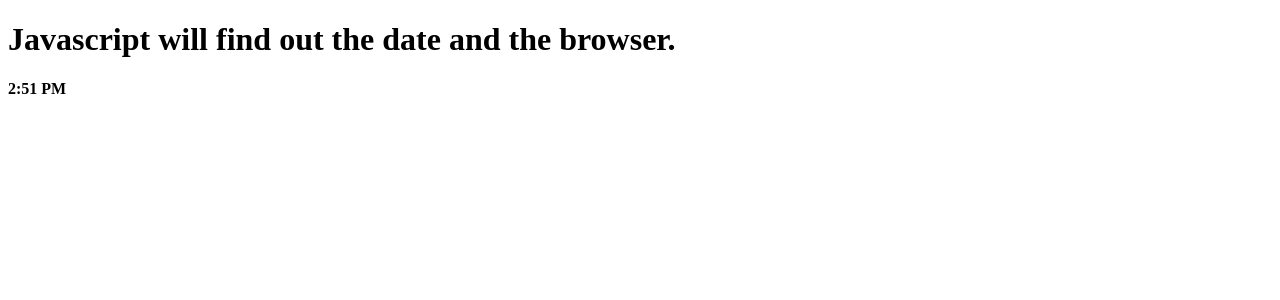
Repository: tbrinkley/pltwcsp9
Page: 221/221jsampleAK.html
The author's editor kept a record of every edit. The page is drawn from the files as they stood at one moment, then again after the next edit.
The browser window is 1280 px wide. The pictures show the whole page.

Above is the page before.

After the next edit:
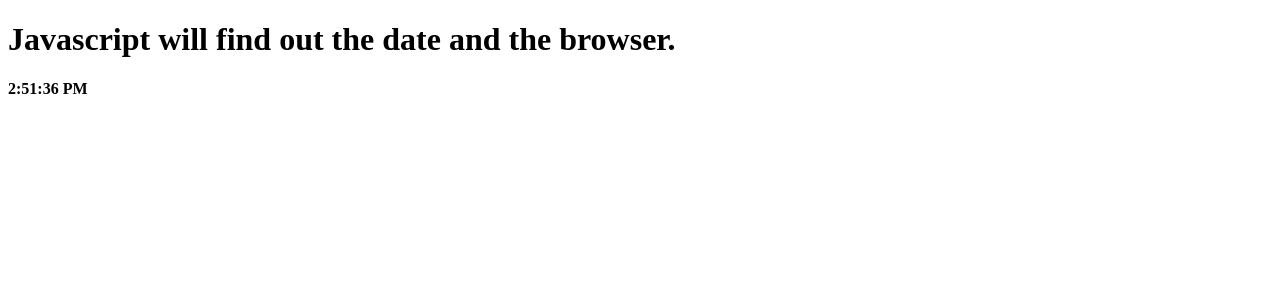
The edit:
--- a/221/221jsampleAK.html
+++ b/221/221jsampleAK.html
@@ -30,7 +30,7 @@
             }
 
             document.write("<b><div id='d1'>" + hours + ":" +
-                minutes + " " + suffix + "</div></b>");
+                minutes + ":" + seconds + " " + suffix + "</div></b>");
 
         </script>
 
